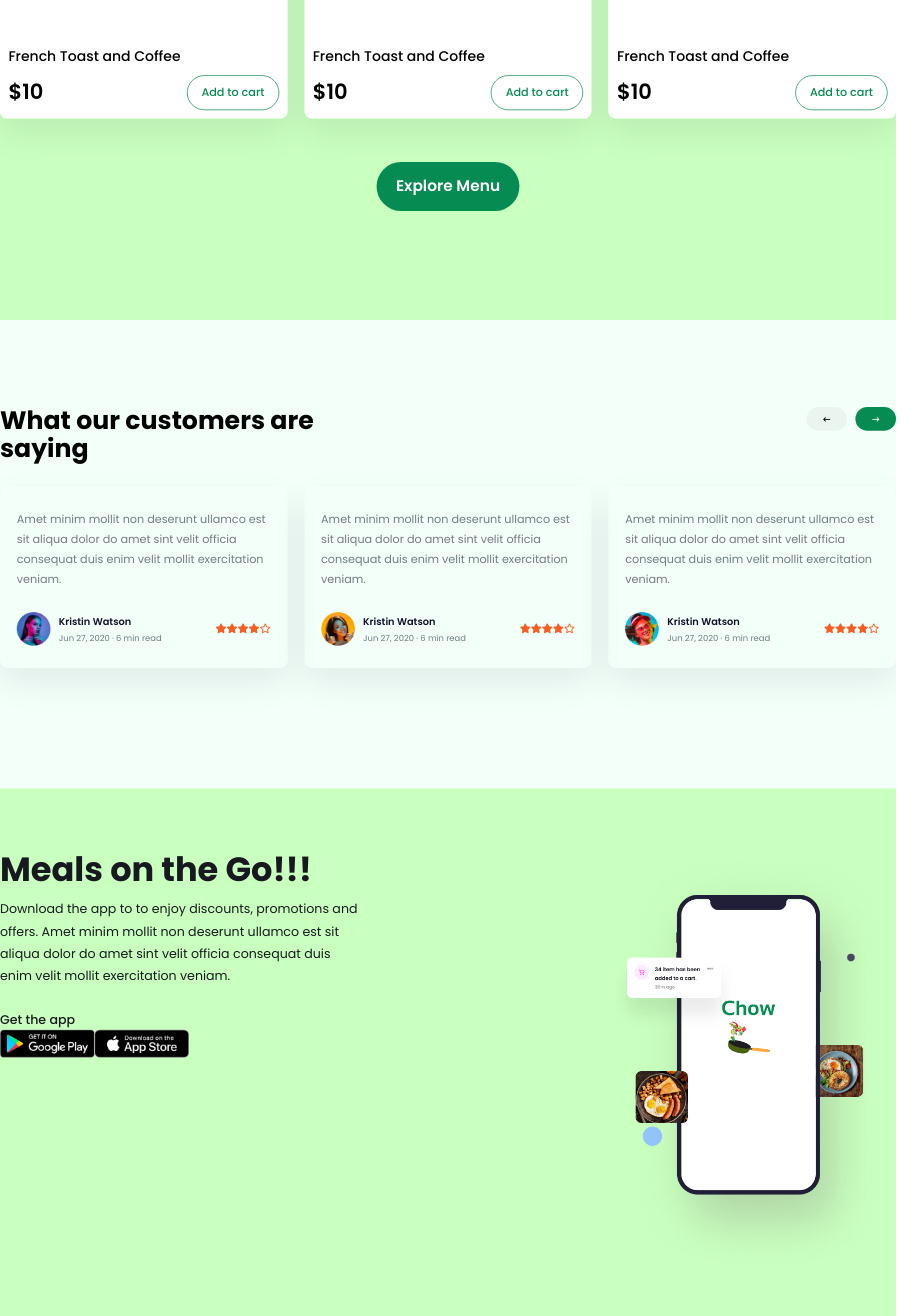
Repository: nguyennam1029/balbal
Page: index.html
The author's editor kept a copy of each file at every save. The page is drawn from the files as they stood at one save, then again after the next save.
The browser window is 1280 px wide. The page is 1292 px wide, so the pictures cover 1292 px, including what lies to the right of the window. The pictures show the part of the page from y = 2019 to 3899 px (the page is 3899 px tall), at 70% of full size.
Some web libraries are served in a nearby version.

Above is the page before, as saved 2022-07-06 19:22:57.

After the next save:
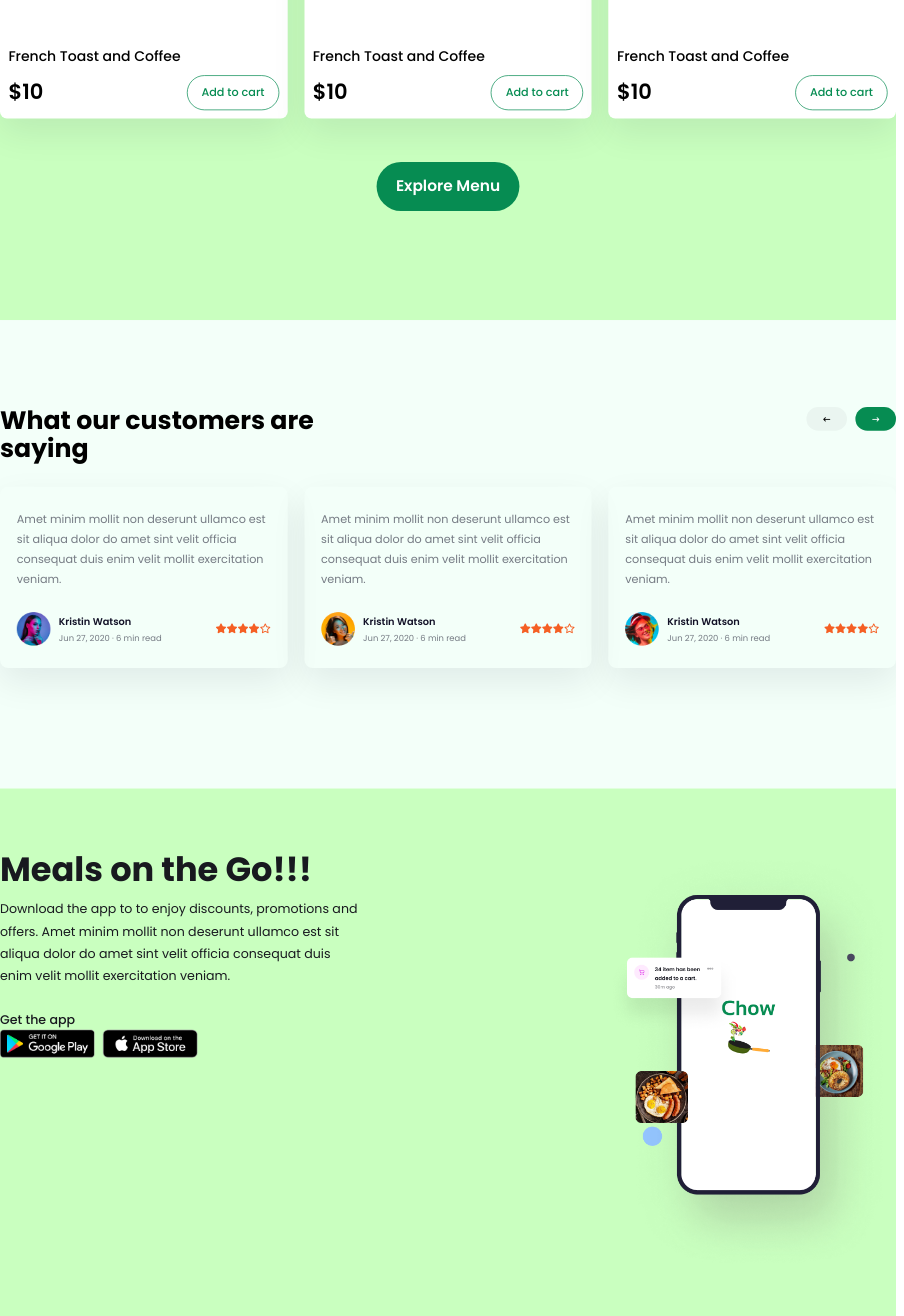
Saved 22 s later.
--- a/css/style.css
+++ b/css/style.css
@@ -520,3 +520,7 @@ ul {
     /* justify-content: center; */
     align-items       : center;
 }
+
+.getApp-img--link {
+    margin-right: 12px;
+}
